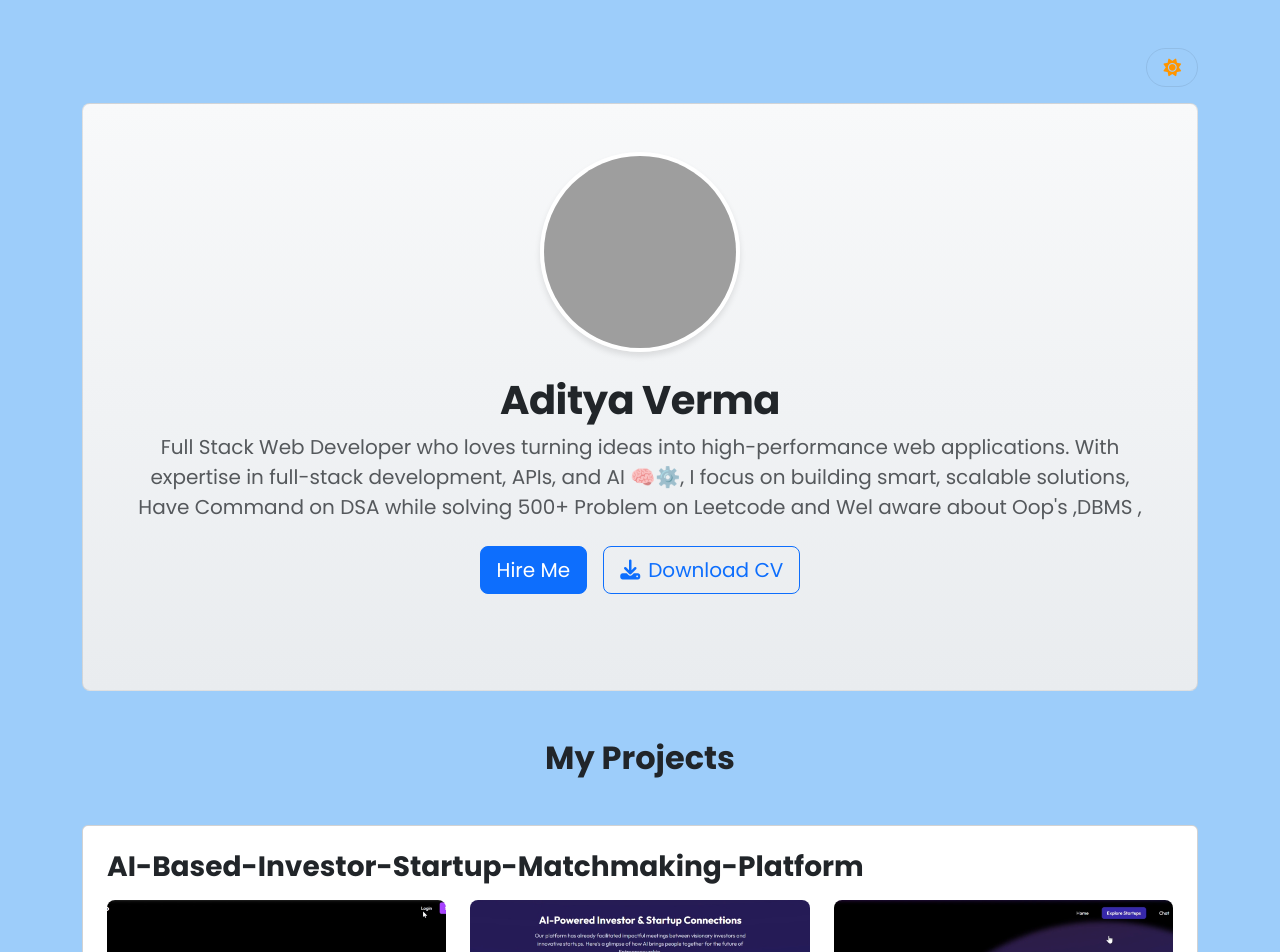
Repository: AdityaTech-Pro/Portfolio-Aditya-Verma
Page: Aditya Portfolio/index.html
These files come from the project's save history. The page is drawn as it stood at one moment and after a run of saves; the edit follows.
The browser window is 1280 px wide. The pictures show the part of the page from y = 0 to 952 px (the page is 4969 px tall before and 4999 px after).
Pictures or frames that could not be fetched are drawn as grey boxes.

Above is the page before, as saved 2026-01-07 23:15:00.

After the next 2 saves:
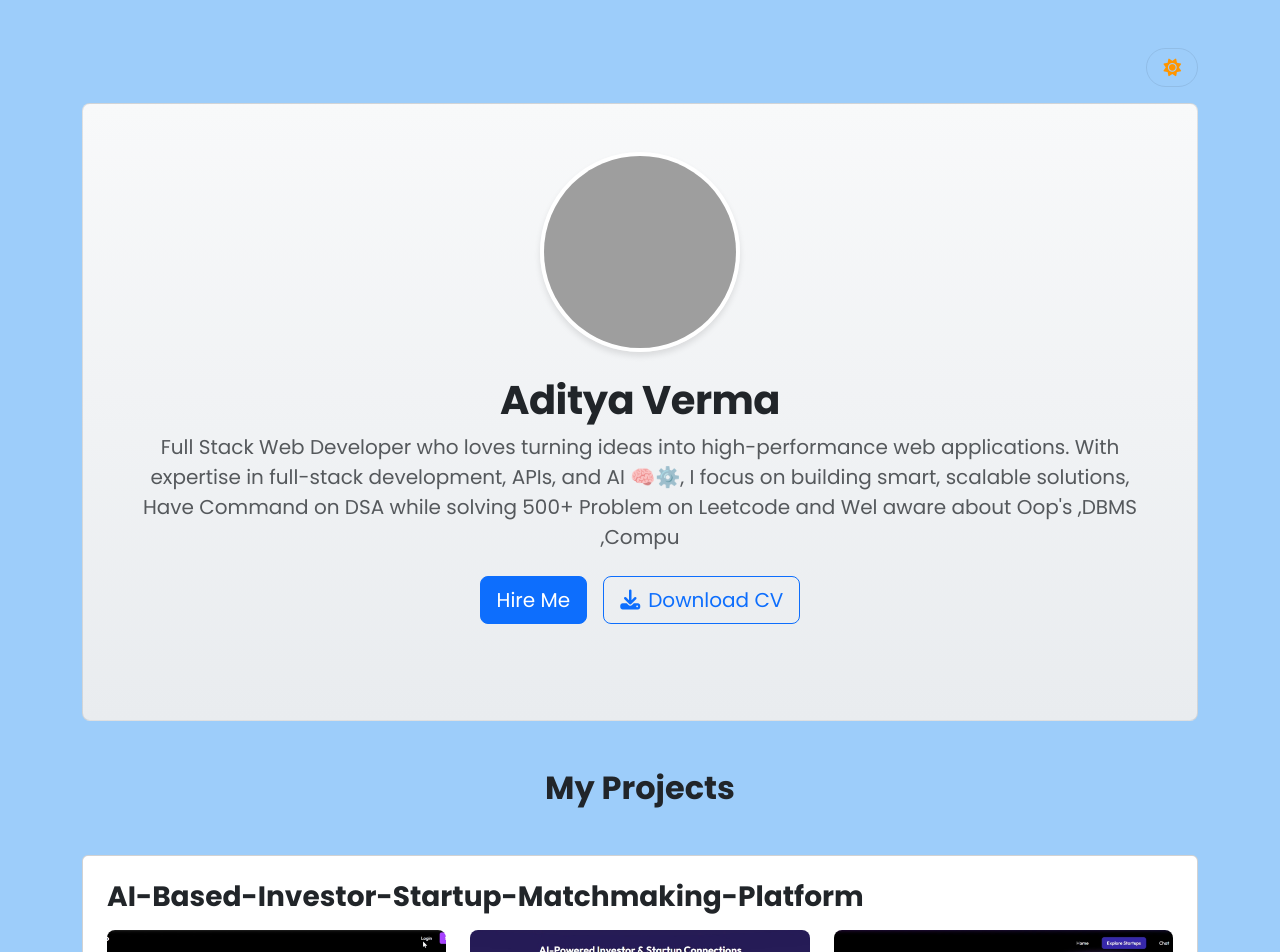
The 2 saves are shown as one change because they came seconds apart.
The last was saved 11 s later.
--- a/Aditya Portfolio/index.html
+++ b/Aditya Portfolio/index.html
@@ -222,7 +222,7 @@
 
             <h1 class="fw-bold mb-2">Aditya Verma</h1>
             <p class="text-muted fs-5 mb-4">Full Stack Web Developer who loves turning ideas into high-performance web applications. With expertise in full-stack development, APIs, and AI 🧠⚙️, I focus on building smart, scalable solutions, Have Command on DSA while solving 500+ Problem
-                on Leetcode and Wel aware about Oop's ,DBMS ,</p>
+                on Leetcode and Wel aware about Oop's ,DBMS ,Compu</p>
 
             <!-- Action Buttons -->
             <div class="d-flex justify-content-center gap-3 mb-5">
